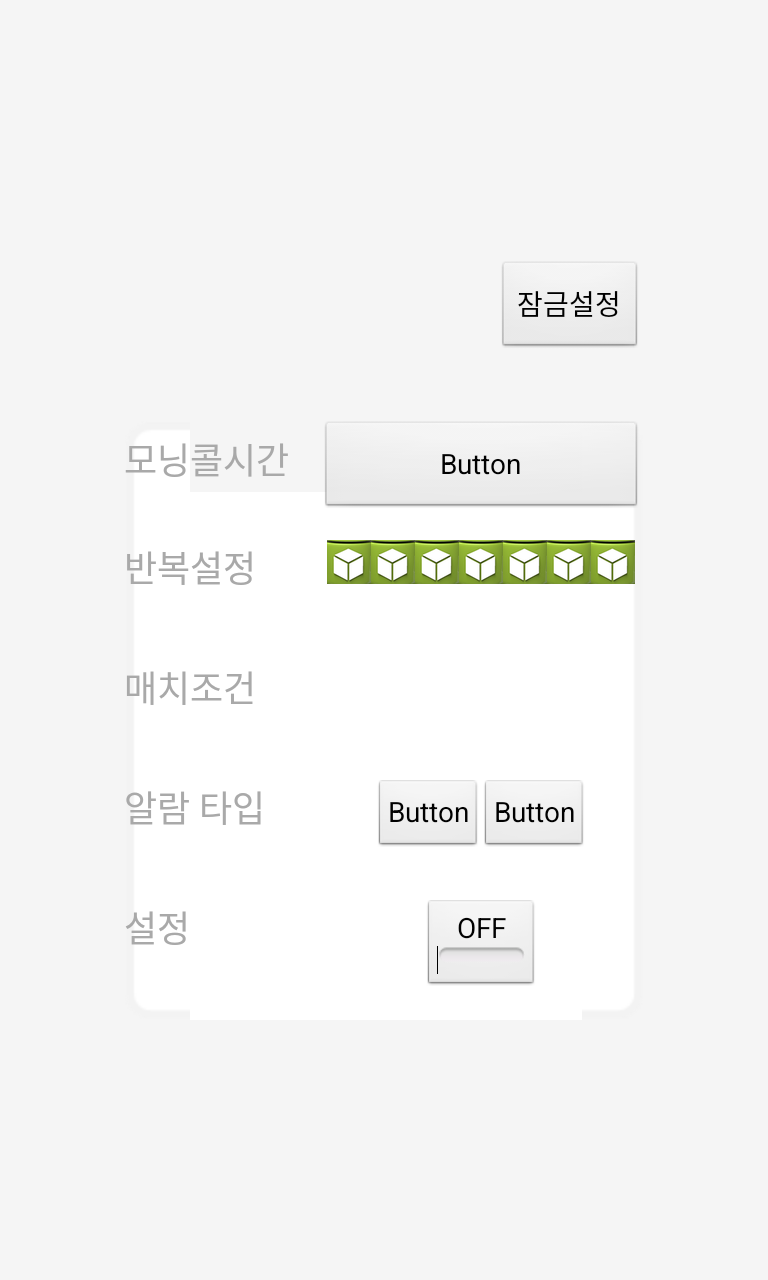
Repository: blacky512/smart_morning_call
Layout: client/SmartMorningCall/res/layout/randomcall_frag.xml
These files come from the project's save history. The layout is drawn as it stood at one moment and after the next save; the edit follows.
It is drawn on a 768 x 1280 px phone screen (xhdpi) without system bars, with theme android:Theme.NoTitleBar; the app's code is not run.

Above is the layout before, as saved 2013-02-18 19:22:29.

### client/SmartMorningCall/res/layout/randomcall_frag.xml
<RelativeLayout xmlns:android="http://schemas.android.com/apk/res/android"
    xmlns:tools="http://schemas.android.com/tools"
    android:layout_width="match_parent"
    android:layout_height="match_parent"
    android:background="#f5f5f5"
    tools:context=".RandomCallActivity" >

    <LinearLayout
        android:layout_width="wrap_content"
        android:layout_height="wrap_content"
        android:layout_centerInParent="true"
        android:layout_marginTop="26dp"
        android:orientation="vertical" >

        <RelativeLayout
            android:id="@+id/RelativeLayout1"
            android:layout_width="260dp"
            android:layout_height="80dp" >

            <Button
                android:id="@+id/button1"
                android:layout_width="wrap_content"
                android:layout_height="wrap_content"
                android:layout_alignParentRight="true"
                android:layout_alignParentTop="true"
                android:text="잠금설정" />

        </RelativeLayout>

        <FrameLayout
            android:id="@+id/rcall_1"
            android:layout_width="260dp"
            android:layout_height="300dp"
            android:background="@drawable/te"
            android:padding="0">

            <LinearLayout
                android:layout_width="match_parent"
                android:layout_height="match_parent"
                android:orientation="vertical" >

                <LinearLayout
                    android:layout_width="match_parent"
                    android:layout_height="0dp"
                    android:layout_weight="1" >

                    <TextView
                        android:id="@+id/textView1"
                        android:layout_width="0dp"
                        android:layout_height="wrap_content"
                        android:layout_weight="0.6"
                        android:text="모닝콜시간"
                        android:textAppearance="?android:attr/textAppearanceMedium"
                        android:textColor="#a9a9a9" />

                    <RelativeLayout
                        android:layout_width="0dp"
                        android:layout_height="wrap_content"
                        android:layout_weight="1" >

                        <Button
                            android:id="@+id/btn_settime"
                            android:layout_width="match_parent"
                            android:layout_height="wrap_content"
                            android:layout_centerHorizontal="true"
                            android:layout_weight="1"
                            android:text="Button" />
                    </RelativeLayout>
                </LinearLayout>

                <LinearLayout
                    android:layout_width="match_parent"
                    android:layout_height="0dp"
                    android:layout_weight="1" >

                    <TextView
                        android:id="@+id/textView2"
                        android:layout_width="0dp"
                        android:layout_height="wrap_content"
                        android:layout_weight="0.6"
                        android:text="반복설정"
                        android:textAppearance="?android:attr/textAppearanceMedium"
                        android:textColor="#a9a9a9" />

                    <RelativeLayout
                        android:id="@+id/RelativeLayout1"
                        android:layout_width="0dp"
                        android:layout_height="match_parent"
                        android:layout_weight="1" >

                        <LinearLayout
                            android:layout_width="wrap_content"
                            android:layout_height="wrap_content"
                            android:layout_centerHorizontal="true" >

                            <ImageButton
                                android:id="@+id/ImageButton08"
                                android:layout_width="22dp"
                                android:layout_height="22dp"
                                android:src="@drawable/ic_launcher" />

                            <ImageButton
                                android:id="@+id/ImageButton07"
                                android:layout_width="22dp"
                                android:layout_height="22dp"
                                android:src="@drawable/ic_launcher" />

                            <ImageButton
                                android:id="@+id/ImageButton06"
                                android:layout_width="22dp"
                                android:layout_height="22dp"
                                android:src="@drawable/ic_launcher" />

                            <ImageButton
                                android:id="@+id/ImageButton05"
                                android:layout_width="22dp"
                                android:layout_height="22dp"
                                android:src="@drawable/ic_launcher" />

                            <ImageButton
                                android:id="@+id/ImageButton04"
                                android:layout_width="22dp"
                                android:layout_height="22dp"
                                android:src="@drawable/ic_launcher" />

                            <ImageButton
                                android:id="@+id/ImageButton03"
                                android:layout_width="22dp"
                                android:layout_height="22dp"
                                android:src="@drawable/ic_launcher" />

                            <ImageButton
                                android:id="@+id/ImageButton02"
                                android:layout_width="22dp"
                                android:layout_height="22dp"
                                android:src="@drawable/ic_launcher" />
                        </LinearLayout>
                    </RelativeLayout>
                </LinearLayout>

                <LinearLayout
                    android:layout_width="match_parent"
                    android:layout_height="0dp"
                    android:layout_weight="1" >

                    <TextView
                        android:id="@+id/textView3"
                        android:layout_width="0dp"
                        android:layout_height="wrap_content"
                        android:layout_weight="0.6"
                        android:text="매치조건"
                        android:textAppearance="?android:attr/textAppearanceMedium"
                        android:textColor="#a9a9a9" />

                    <RelativeLayout
                        android:layout_width="0dp"
                        android:layout_height="match_parent"
                        android:layout_weight="1" >

                        <LinearLayout
                            android:layout_width="match_parent"
                            android:layout_height="match_parent"
                            android:layout_centerHorizontal="true"
                            android:layout_centerVertical="true" >
                        </LinearLayout>
                    </RelativeLayout>
                </LinearLayout>

                <LinearLayout
                    android:layout_width="match_parent"
                    android:layout_height="0dp"
                    android:layout_weight="1" >

                    <TextView
                        android:id="@+id/textView4"
                        android:layout_width="0dp"
                        android:layout_height="wrap_content"
                        android:layout_weight="0.6"
                        android:text="알람 타입"
                        android:textAppearance="?android:attr/textAppearanceMedium"
                        android:textColor="#a9a9a9" />

                    <RelativeLayout
                        android:layout_width="0dp"
                        android:layout_height="match_parent"
                        android:layout_weight="1"
                        android:gravity="center_horizontal" >

                        <LinearLayout
                            android:layout_width="wrap_content"
                            android:layout_height="match_parent"
                            android:layout_centerInParent="true" >

                            <Button
                                android:id="@+id/button2"
                                style="?android:attr/buttonStyleSmall"
                                android:layout_width="wrap_content"
                                android:layout_height="wrap_content"
                                android:layout_gravity="center_horizontal"
                                android:text="Button" />

                            <Button
                                android:id="@+id/button3"
                                style="?android:attr/buttonStyleSmall"
                                android:layout_width="wrap_content"
                                android:layout_height="wrap_content"
                                android:layout_gravity="center_horizontal"
                                android:text="Button" />
                        </LinearLayout>

                    </RelativeLayout>
                </LinearLayout>

                <LinearLayout
                    android:layout_width="match_parent"
                    android:layout_height="0dp"
                    android:layout_weight="1" >

                    <TextView
                        android:id="@+id/textView5"
                        android:layout_width="0dp"
                        android:layout_height="wrap_content"
                        android:layout_weight="0.6"
                        android:text="설정"
                        android:textAppearance="?android:attr/textAppearanceMedium"
                        android:textColor="#a9a9a9" />

                    <RelativeLayout
                        android:layout_width="0dp"
                        android:layout_height="match_parent"
                        android:layout_weight="1" >

                        <RelativeLayout
                            android:id="@+id/RelativeLayout1"
                            android:layout_width="match_parent"
                            android:layout_height="match_parent"
                            android:layout_centerInParent="true" >

                            <ToggleButton
                                android:id="@+id/onoff"
                                android:layout_width="wrap_content"
                                android:layout_height="wrap_content"
                                android:layout_alignParentTop="true"
                                android:layout_centerHorizontal="true"
                                android:text="ToggleButton" />
                        </RelativeLayout>
                    </RelativeLayout>
                </LinearLayout>
            </LinearLayout>
        </FrameLayout>
    </LinearLayout>

</RelativeLayout>

After the next save:
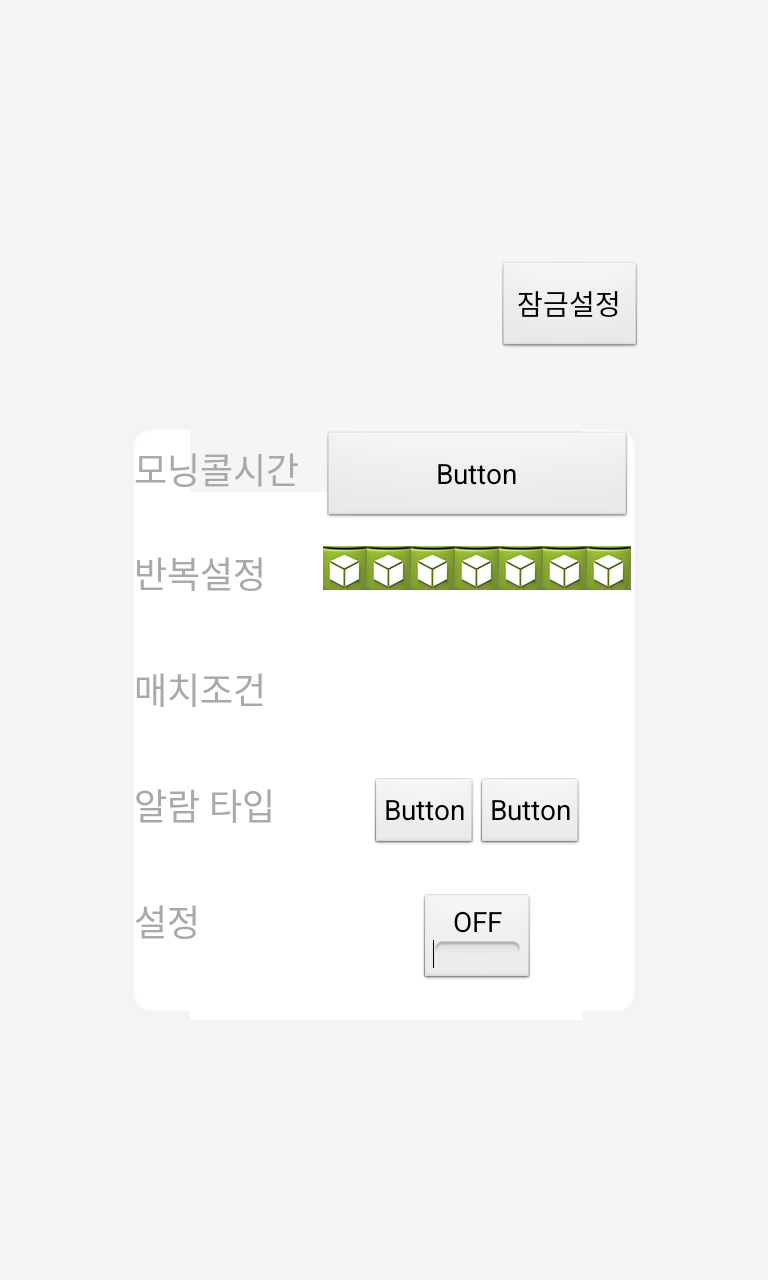
Saved 11 s later.
--- a/client/SmartMorningCall/res/layout/randomcall_frag.xml
+++ b/client/SmartMorningCall/res/layout/randomcall_frag.xml
@@ -32,7 +32,7 @@
             android:layout_width="260dp"
             android:layout_height="300dp"
             android:background="@drawable/te"
-            android:padding="0">
+            android:padding="5dp">
 
             <LinearLayout
                 android:layout_width="match_parent"
